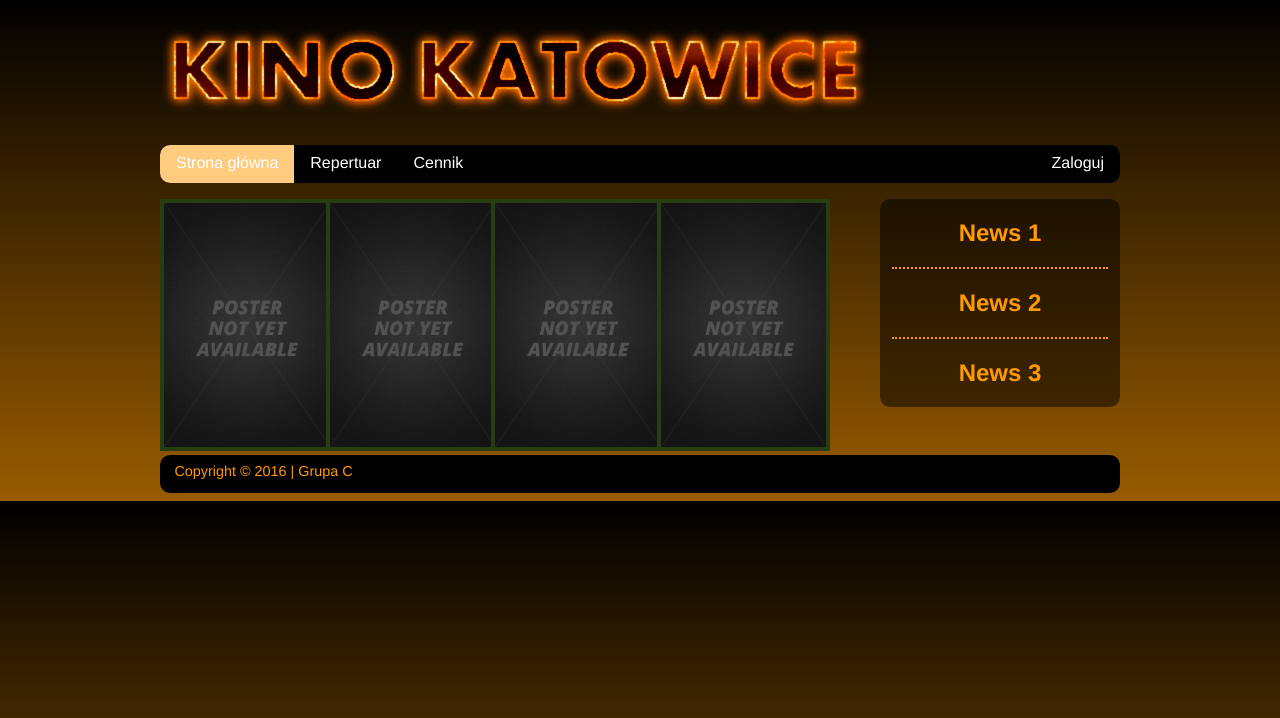
Repository: Gate4/Grupa-C
Page: http://localhost/KinoWebApp/WEB-INF/jsp/welcome.jsp
These files come from the project's save history. The page is drawn as it stood at one moment and after the next save; the edit follows.
The browser window is 1280 px wide. The pictures show the whole page.
Some web libraries are served in a nearby version. The page is served by Tomcat 9. Nobody is signed in. The template is opened directly, without the code that normally fills it, so the values that code supplies are empty.

Above is the page before, as saved 2016-04-21 21:26:57.

After the next save:
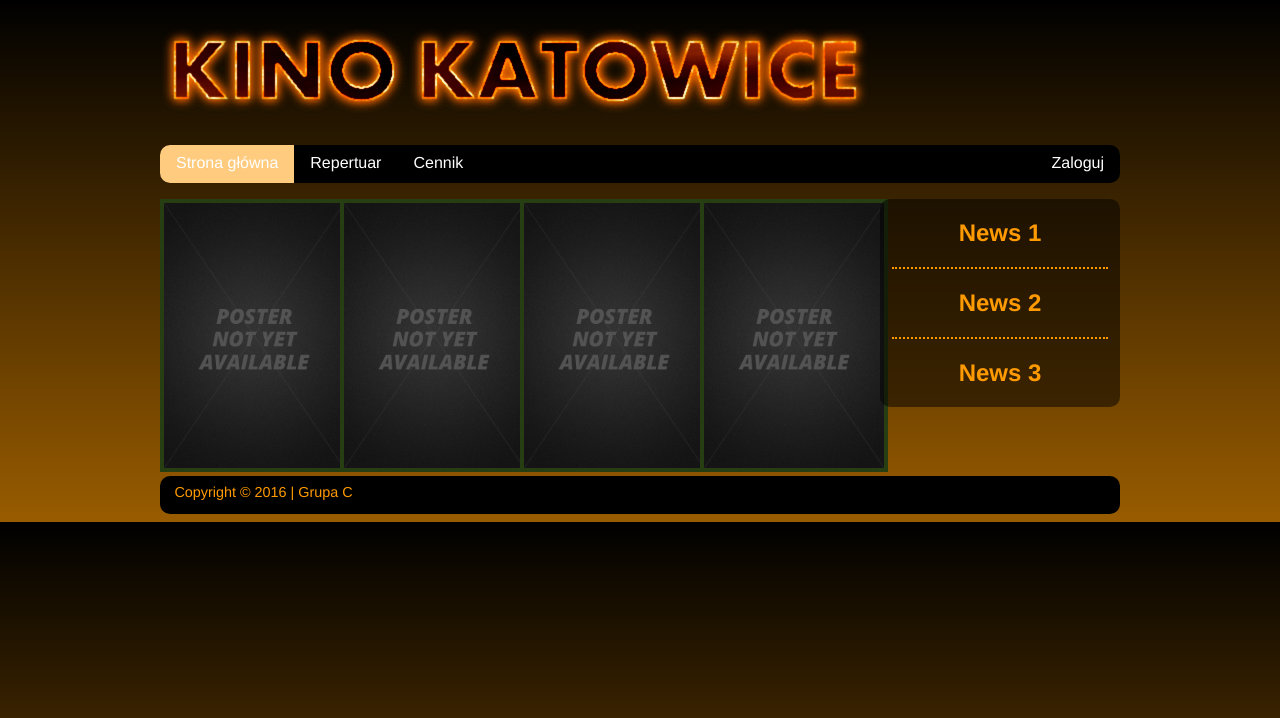
Saved 11 s later.
--- a/KinoWebApp/WebContent/resources/style.css
+++ b/KinoWebApp/WebContent/resources/style.css
@@ -95,7 +95,7 @@ nav ul li:last-child a:hover, nav ul li:last-child a.active{
 }
 
 .tile{
-	width: 23%;
+	width: 25%;
 }
 
 .tile img{
